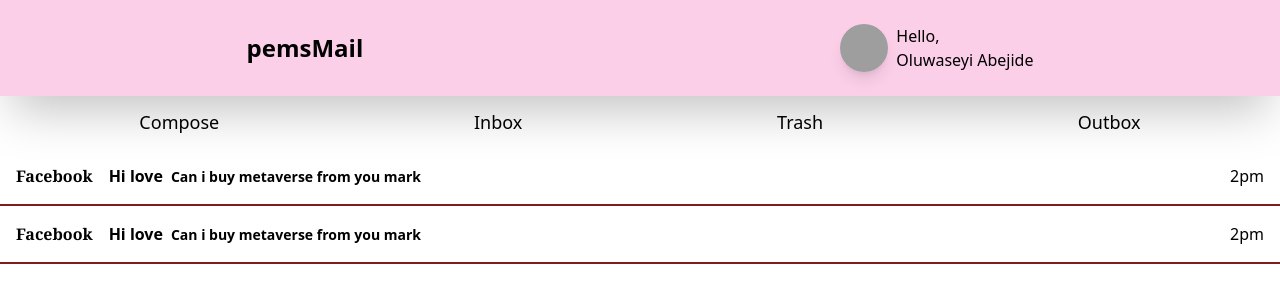
Repository: Semanmernstack/mailclone
Page: /
These files come from the project's save history. The page is drawn as it stood at one moment and after the next save; the edit follows.
The browser window is 1280 px wide. The pictures show the whole page.
Pictures or frames that could not be fetched are drawn as grey boxes. The project was rebuilt for these pictures with package versions that can differ from the ones it lists, and the page was loaded fresh each time. Also part of the build but not shown: src/features/counter/Counter.module.css, src/features/counter/Counter.js.

Above is the page before, as saved 2023-01-16 02:55:27.

After the next save:
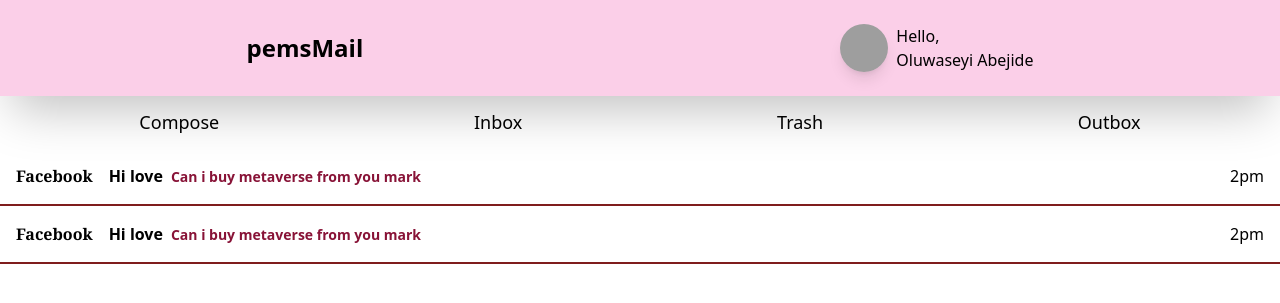
Saved 30 s later.
--- a/src/OpenRow.js
+++ b/src/OpenRow.js
@@ -8,7 +8,7 @@ function OpenRow({ title, subject, description, time }) {
         </div>
         <div className="flex-1">
             <h4 className="font-semibold">{subject}
-                <span className="ml-2 text-sm truncate font-bold"  >{description}</span>
+                <span className="ml-2 text-sm truncate text-rose-900"  >{description}</span>
             </h4>
         </div>
         <div className="">
